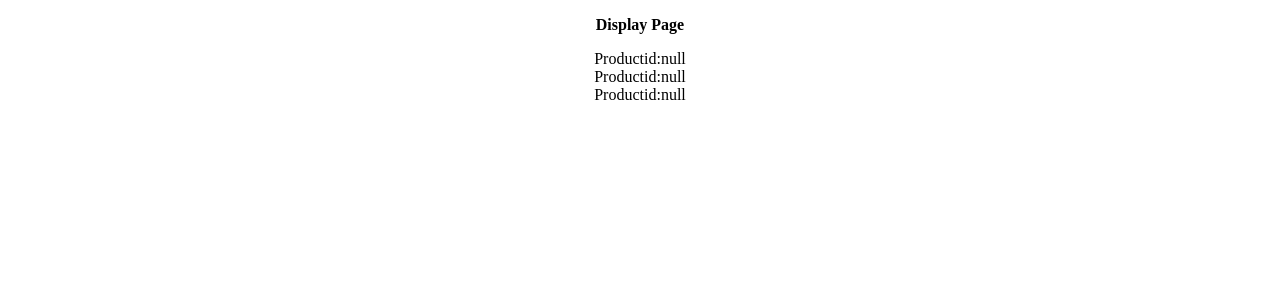
Repository: Vishu4401/FlyAway-An-Airline-Booking-Portal-
Page: http://localhost/Retrieving_the_Product_Details_Using_the_Product_ID/display.jsp
An editor plug-in stored every save of this project. The page is shown before and after the next save, followed by the edit.
The browser window is 1280 px wide. The pictures show the whole page.
The page is served by Tomcat 9.

Above is the page before, as saved 2022-08-24 04:49:46.

### Retrieving_the_Product_Details_Using_the_Product_ID/src/main/webapp/display.jsp
<%@ page language="java" contentType="text/html; charset=ISO-8859-1"
    pageEncoding="ISO-8859-1"%>
<!DOCTYPE html PUBLIC "-//W3C//DTD HTML 4.01 Transitional//EN" "http://www.w3.org/TR/html4/loose.dtd">
<html>
<head>
<meta http-equiv="Content-Type" content="text/html; charset=ISO-8859-1">
<title>Display the Products</title>
</head>
<body>
<center>
<p><b>Display Page</b></p>
<%
String prid=(String)session.getAttribute("productid");
out.print("Productid:"+prid);
out.print("<br>");

String prname=(String)session.getAttribute("productname");
out.print("Productid:"+prname);
out.print("<br>");
String prprice=(String)session.getAttribute("productprice");
out.print("Productid:"+prprice);


%>
  </center>
</body>
</html>

After the next save:
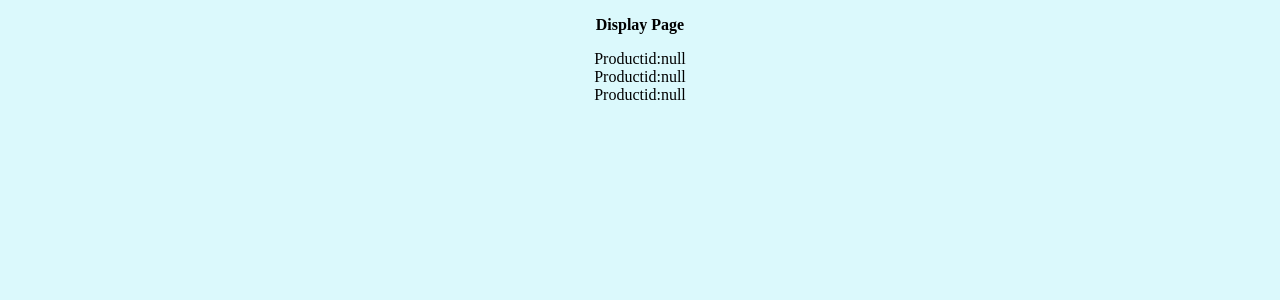
Saved 25 s later.
--- a/Retrieving_the_Product_Details_Using_the_Product_ID/src/main/webapp/display.jsp
+++ b/Retrieving_the_Product_Details_Using_the_Product_ID/src/main/webapp/display.jsp
@@ -5,6 +5,11 @@
 <head>
 <meta http-equiv="Content-Type" content="text/html; charset=ISO-8859-1">
 <title>Display the Products</title>
+<style>
+body {
+background-color: #DBF9FC;
+}
+</style>
 </head>
 <body>
 <center>
